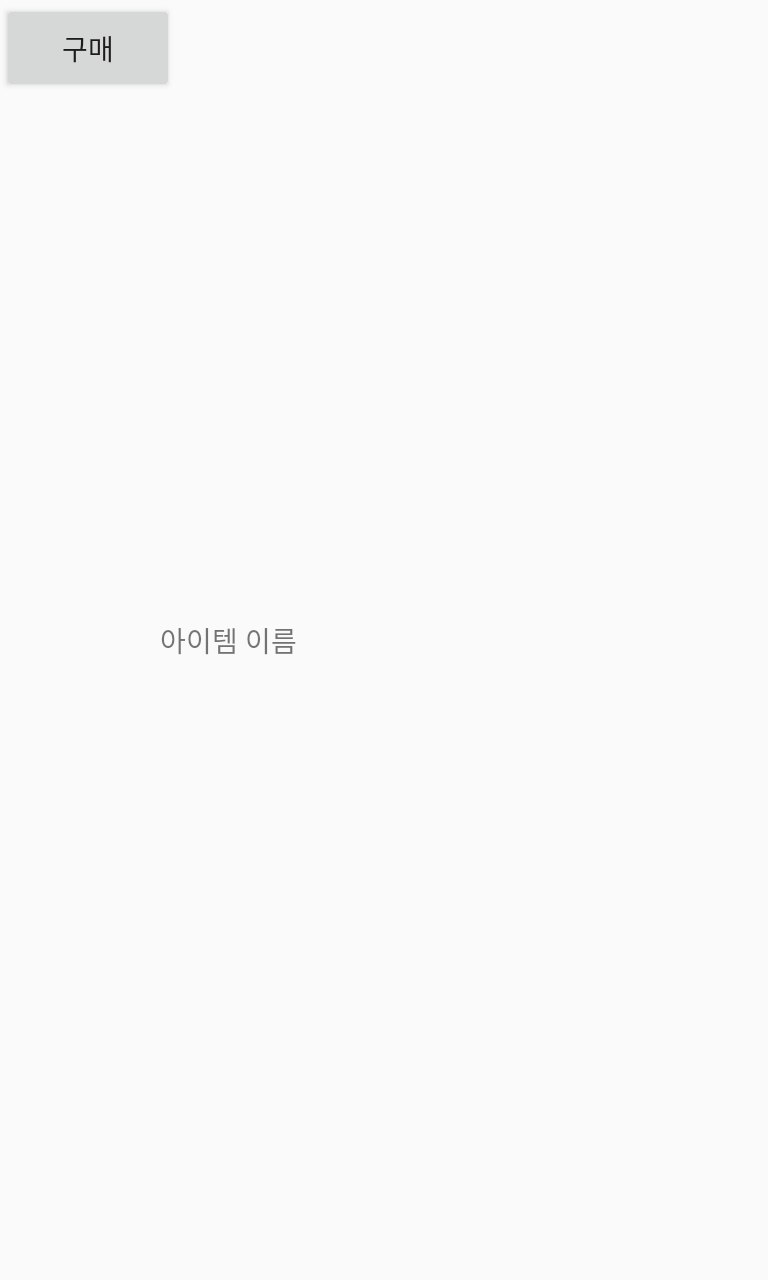
Repository: Jeonilju/rap
Layout: Android/RAP/res/layout/adapter_iap_row.xml
These files come from the project's save history. The layout is drawn as it stood at one moment and after a run of saves; the edit follows.
It is drawn on a 768 x 1280 px phone screen (xhdpi) without system bars, with theme AppTheme; the app's code is not run.

Above is the layout before, as saved 2015-07-18 18:24:10.

### Android/RAP/res/layout/adapter_iap_row.xml
<?xml version="1.0" encoding="utf-8"?>
<RelativeLayout xmlns:android="http://schemas.android.com/apk/res/android"
    android:id="@+id/notice_list_row"
    android:layout_width="fill_parent"
    android:layout_height="80dp">

    <!-- Hidden Location Row -->
    <RelativeLayout
        android:layout_width="fill_parent"
        android:layout_height="fill_parent"
        android:visibility="visible">

        <ImageView
            android:id="@+id/iap_image"
            android:layout_width="50dp"
            android:layout_height="50dp"
            android:layout_margin="10dp"/>

    	<TextView
	        android:id="@+id/iap_name"
	        android:layout_width="100dp"
	        android:layout_height="wrap_content"
	        android:layout_margin="10dp"
	        android:layout_toRightOf="@id/iap_image"
	        android:layout_centerVertical="true"
	        android:text="아이템 이름" />

    	<Button
    	    android:id="@+id/iap_buy"
    	    android:layout_width="wrap_content"
    	    android:layout_height="wrap_content"
    	    android:text="구매"/>

    </RelativeLayout>

</RelativeLayout>

Loaded but not shown: Android/RAP/res/values/styles.xml (common file); Android/RAP/res/values-v11/styles.xml (common file); Android/RAP/res/values-v14/styles.xml (common file)

After the next 2 saves:
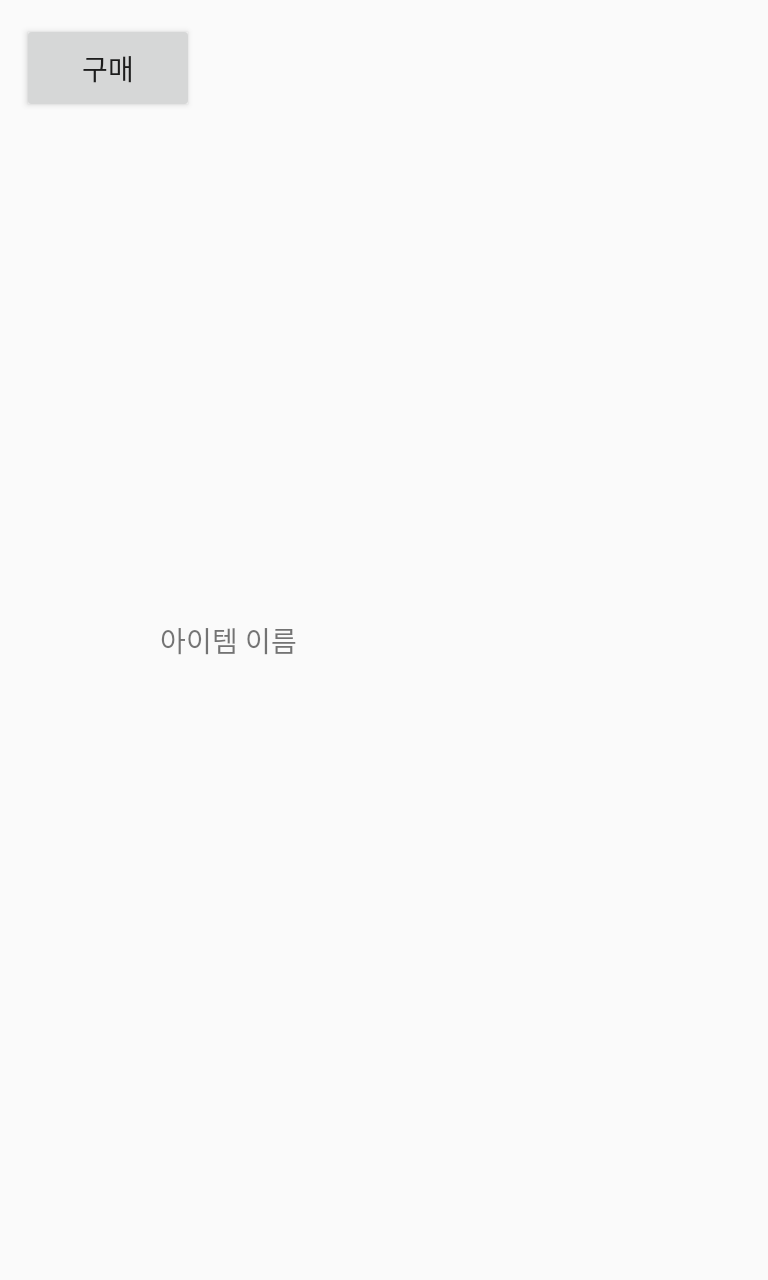
The 2 saves are shown as one change because 1 did not build or start.
The last was saved 21 h 44 min later.
--- a/Android/RAP/res/layout/adapter_iap_row.xml
+++ b/Android/RAP/res/layout/adapter_iap_row.xml
@@ -29,7 +29,8 @@
     	    android:id="@+id/iap_buy"
     	    android:layout_width="wrap_content"
     	    android:layout_height="wrap_content"
-    	    android:text="구매"/>
+    	    android:text="구매"
+    	    android:layout_margin="10dp"/>
 
     </RelativeLayout>
 
